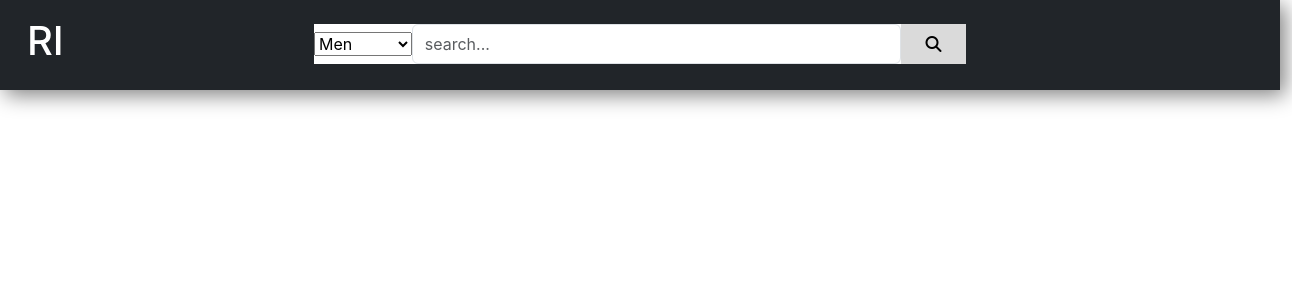
Repository: KodandaraoChellapilli/e-store
Page: /
These files come from the project's save history. The page is drawn as it stood at one moment and after the next save; the edit follows.
The browser window is 1280 px wide. The page is 1292 px wide, so the pictures cover 1292 px, including what lies to the right of the window. The pictures show the whole page.
The project was rebuilt for these pictures with package versions that can differ from the ones it lists, and the page was loaded fresh each time.

Above is the page before, as saved 2025-06-04 12:36:33.

After the next save:
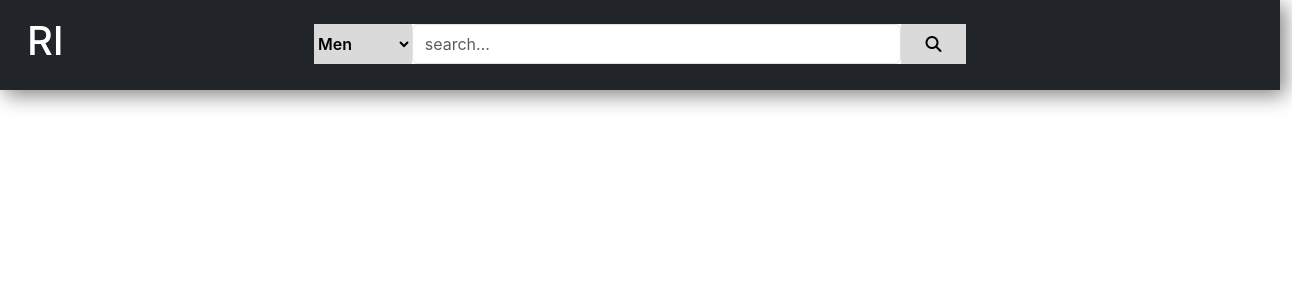
Saved 3 min 55 s later.
--- a/src/App.css
+++ b/src/App.css
@@ -30,3 +30,10 @@
 .dropdown {
   width: 15%;
 }
+
+.select-btn{
+  height: 2.5em;
+  border: none;
+  background-color: #dadada;
+  font-weight: 600;
+}
